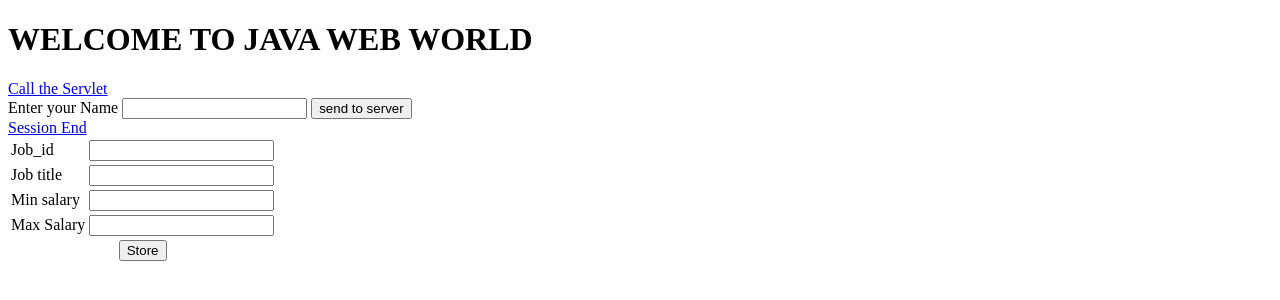
Repository: vinodh1988/SpringSecurity
Page: FirstAPP/WebContent/home.html
The author's editor kept a copy of each file at every save. The page is drawn from the files as they stood at one save, then again after the next save.
The browser window is 1280 px wide. The pictures show the whole page.

Above is the page before, as saved 2018-09-17 15:30:55.

### FirstAPP/WebContent/home.html
<!DOCTYPE html>
<html>
<head>
<meta charset="ISO-8859-1">
<title>Insert title here</title>
</head>
<body>

<h1>WELCOME TO JAVA WEB WORLD</h1>
  <a href="test.htm">Call the Servlet</a>

  <form action="test.htm" method="post">
    Enter your Name <input type="text" name="user">
    <input type="submit" value="send to server">
  </form>

  <a href="test.htm?sessionend=true">Session End</a>

  <form action="jobs.htm" method="post">
  <table>
      <tr>
      	<td>Job_id</td>
      	<td><input type="text" name="job_id" required></td>
      </tr>
      <tr>
      	<td>Job title</td>
      	<td><input type="text" name="job_title" required></td>
      </tr>
      <tr>
      	<td>Min salary</td>
      	<td><input type="number" name="min_salary" required></td>
      </tr>
      <tr>
      	<td>Max Salary</td>
      	<td><input type="number" name="max_salary"></td>
      </tr>
      <tr>

      	<td colspan=2 align=center><input type="submit" value="Store"></td>
      </tr>
  </table>

  </form>
</body>
</html>

After the next save:
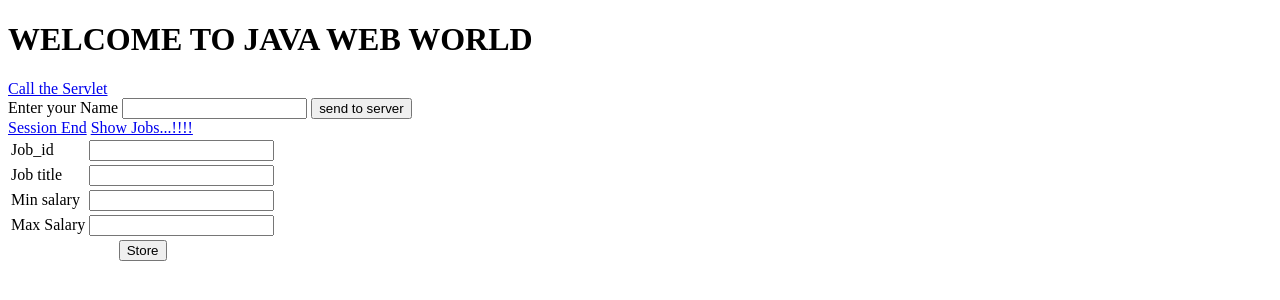
Saved 54 s later.
--- a/FirstAPP/WebContent/home.html
+++ b/FirstAPP/WebContent/home.html
@@ -15,7 +15,7 @@
   </form>
 
   <a href="test.htm?sessionend=true">Session End</a>
-
+  <a href="jobs.htm">Show Jobs...!!!!</a>
   <form action="jobs.htm" method="post">
   <table>
       <tr>
